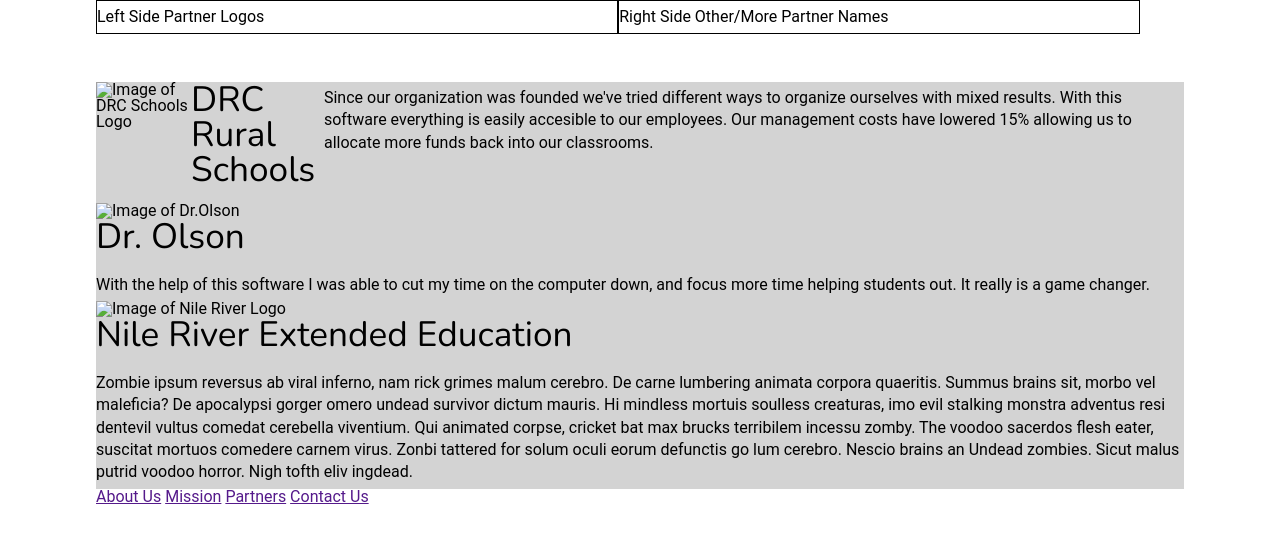
Repository: internationalrural-school-report/maketing-page
Page: marketing.html
The author's editor kept a copy of each file at every save. The page is drawn from the files as they stood at one save, then again after the next save.
The browser window is 1280 px wide. The pictures show the whole page.

Above is the page before, as saved 2019-08-22 19:48:55.

After the next save:
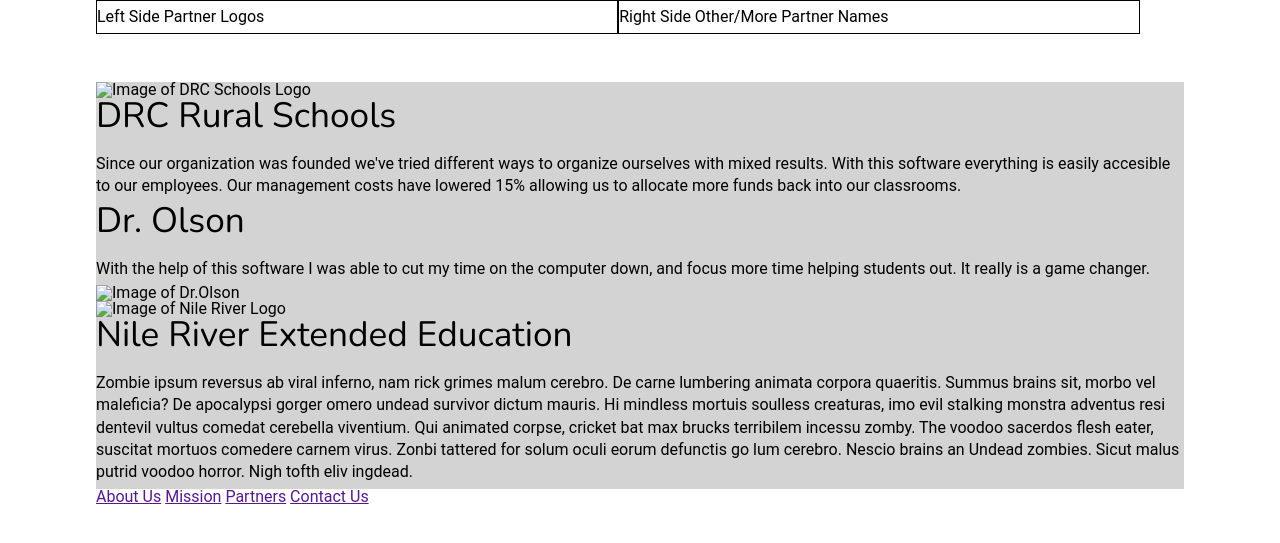
Saved 66 s later.
--- a/marketing.html
+++ b/marketing.html
@@ -46,13 +46,13 @@
     </p>
   </div>
   <div class="second-testimonial">
-      <div>
-        <img  src="" alt="Image of Dr.Olson">
-      </div>
     <h2>Dr. Olson</h2>
     <p>With the help of this software I was able to cut my time on the computer down, and focus more time helping students out. It
       really is a game changer.
     </p>
+    <div>
+        <img  src="" alt="Image of Dr.Olson">
+      </div>
   </div>
   <div class="third-testimonial">
     <div>
--- a/css-marketing.css
+++ b/css-marketing.css
@@ -92,7 +92,7 @@ p {
     background: lightgray;
 
 }
-.first-testimonial {
+.first-testimonial .second-testimonial .third-testimonial{
     display: flex;
     flex-wrap: row wrap;
 }
